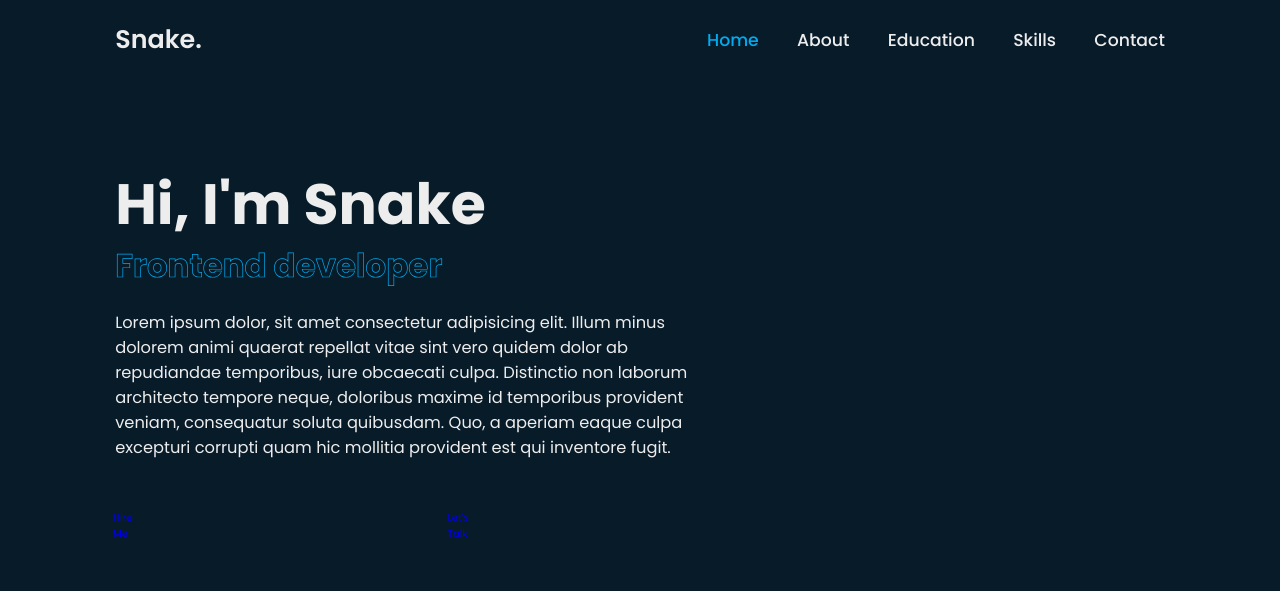
Repository: Tanty102/About_Me
Page: index.html
The author's editor kept a copy of each file at every save. The page is drawn from the files as they stood at one save, then again after a run of saves.
The browser window is 1280 px wide. The pictures show the whole page.

Above is the page before, as saved 2023-09-12 16:44:12.

### index.html
<!DOCTYPE html>
<html lang="en">
  <head>
    <meta charset="UTF-8" />
    <meta name="viewport" content="width=device-width, initial-scale=1.0" />
    <link rel="stylesheet" href="style.css" />
    <title>CV Snake</title>
  </head>

  <!-- box icons -->
  <link href='https://unpkg.com/boxicons@2.1.4/css/boxicons.min.css' rel='stylesheet'>
  <body>
    <!-- Header design -->
    <header class="header">
      <a href="#" class="logo">Snake.</a>

      <div class="bx bx-menu" id="menu-icon"></div>

      <nav class="navbar">
        <a href="#home" class="active">Home</a>
        <a href="#about">About</a>
        <a href="#education">Education</a>
        <a href="#skills">Skills</a>
        <a href="#contact">Contact</a>
      </nav>
    </header>

    <!-- home section design -->
    <section class="home" id="home">
      <div class="home-content">
        <h1>Hi, I'm <span>Snake</span></h1>
        <div class="text-animate">
          <h3>Frontend developer</h3>
        </div>
        <p>Lorem ipsum dolor, sit amet consectetur adipisicing elit. Illum minus dolorem animi quaerat repellat vitae sint vero quidem dolor ab repudiandae temporibus, iure obcaecati culpa. Distinctio non laborum architecto tempore neque, doloribus maxime id temporibus provident veniam, consequatur soluta quibusdam. Quo, a aperiam eaque culpa excepturi corrupti quam hic mollitia provident est qui inventore fugit.</p>

        <div class="btn-box">
          <a href="#" class="btn">Hire Me</a>
          <a href="#" class="btn">Let's Talk</a>
        </div>
      </div>
    </section>

    <script src="main.js"></script>
  </body>
</html>

### style.css
@import url("https://fonts.googleapis.com/css2?family=Poppins:wght@300;400;500;600;700;800;900&display=swap");

* {
  margin: 0;
  padding: 0;
  box-sizing: border-box;
  text-decoration: none;
  border: none;
  outline: none;
  scroll-behavior: smooth;
  font-family: "Poppins", sans-serif;
}

:root {
  --bg-color: #081b29;
  --second-bg-color: #112e42;
  --text-color: #ededed;
  --main-color: #00abf0;
}

html {
  font-size: 63.5%;
  overflow-x: hidden;
}

body {
  background: var(--bg-color);
  color: var(--text-color);
}

.header {
  position: fixed;
  top: 0;
  left: 0;
  width: 100%;
  padding: 2rem 9%;
  background: transparent;
  display: flex;
  justify-content: space-between;
  align-items: center;
  z-index: 100;
}

.logo {
  font-size: 2.5rem;
  color: var(--text-color);
  font-weight: 600;
}

.navbar a {
  font-size: 1.7rem;
  color: var(--text-color);
  font-weight: 500;
  margin-left: 3.5rem;
  transition: 0.3s;
}

.navbar a:hover,
.navbar a.active{
  color: var(--main-color);
}

#menu-icon {
  font-size: 3.6rem;
  color: var(--text-color);
  cursor: pointer;
  display: none;
}

section {
  min-height: 100vh;
  padding: 10rem 9% 2rem;
}

.home {
  display: flex;
  align-items: center;
  padding: 0 9%;
}

.home-content {
  max-width: 60rem;
}

.home-content h1 {
  font-size: 5.6rem;
  font-weight: 700;
  line-height: 1.3;
}

.home-content .text-animate {
  position: relative;
  width: 32.8rem;
}

.home-content .text-animate h3 {
  font-size: 3.2rem;
  font-weight: 700;
  color: transparent;
  -webkit-text-stroke: 0.7px var(--main-color);
}

.home-content p {
  font-size: 1.6rem;
  margin: 2rem 0 4rem;
}

.btn-box {
  position: relative;
  display: flex;
  justify-content: space-between;
  width: 34.5rem;
  height: 5rem;
}
.btn-box .btn {
  position: relative;
  display: inline-flex;
  justify-content: center;
  align-items: center;
  width: 1.5rem;
  h
}

Loaded but not shown: main.js (no copy from this time; the picture is the same without it)

After the next 3 saves:
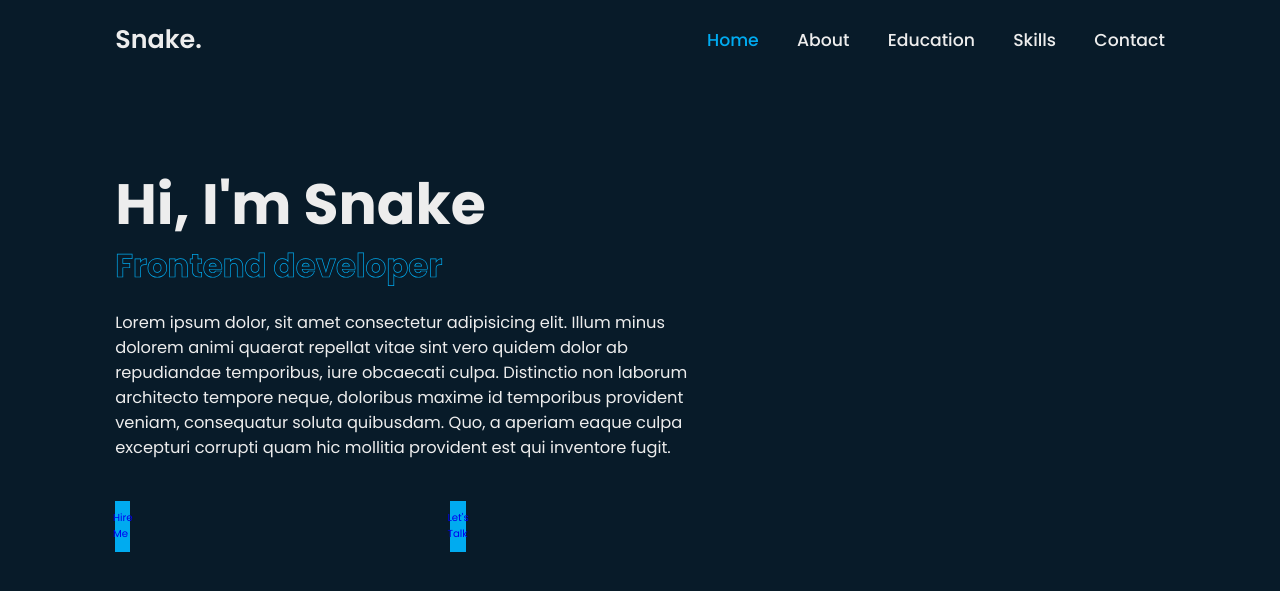
The 3 saves are shown as one change because they came seconds apart.
The last was saved 10 s later.
--- a/style.css
+++ b/style.css
@@ -118,5 +118,6 @@ section {
   justify-content: center;
   align-items: center;
   width: 1.5rem;
-  h
+  height: 100%;
+  background: var(--main-color);
 }
